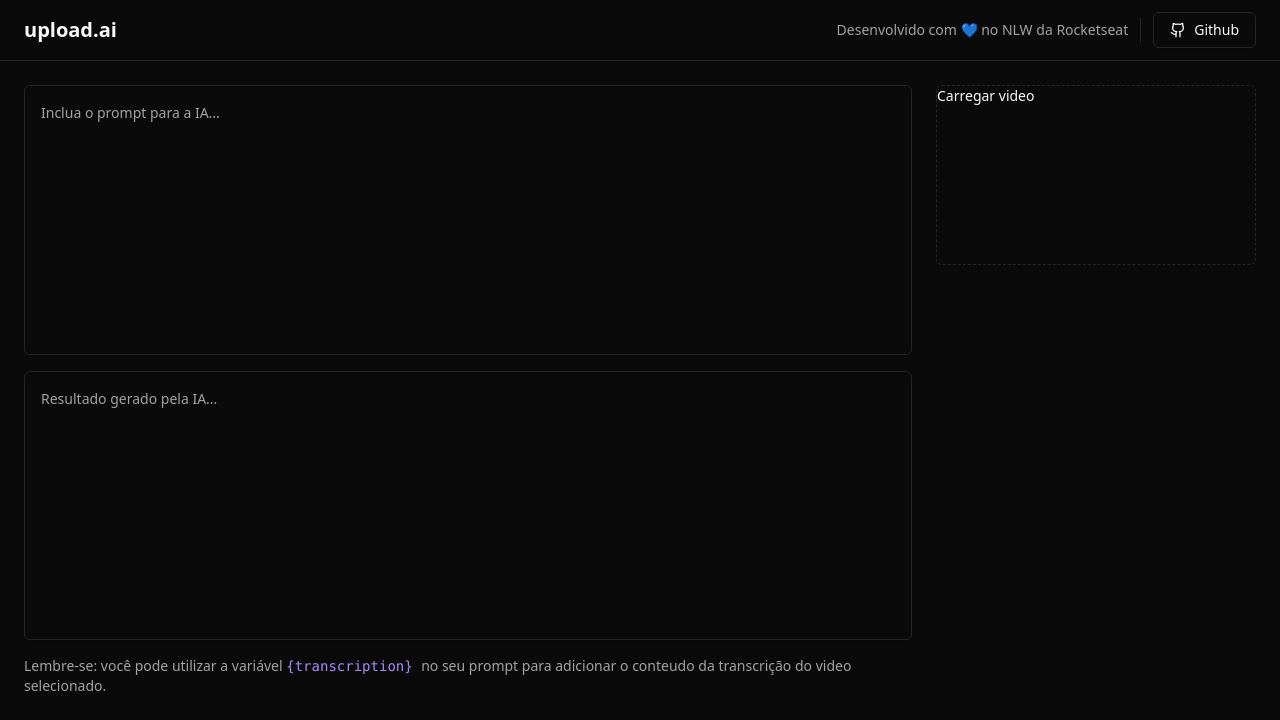
Repository: ricardolimati/upload-ai-web
Page: /
An editor plug-in stored every save of this project. The page is shown before and after a run of saves, followed by the edit.
The browser window is 1280 px wide. The pictures show the whole page.
The project was rebuilt for these pictures with package versions that can differ from the ones it lists, and the page was loaded fresh each time. Also part of the build but not shown: vite.config.ts.

Above is the page before, as saved 2023-09-11 23:44:21.

### src/App.tsx
import {Github} from 'lucide-react'
import { Button } from "./components/ui/button";
import { Separator } from './components/ui/separator';
import { Textarea } from './components/ui/textarea';

export function App() {
  return(
   <div className="min-h-screen flex flex-col">
    <div className="px-6 py-3 flex items-center justify-between border-b">
      <h1 className="text-xl font-bold">upload.ai</h1>
      <div className="flex items-center gap-3">
        <span className="text-sm text-muted-foreground">
          Desenvolvido com 💙 no NLW da Rocketseat</span>
          <Separator orientation='vertical' className='h-6' />
        <Button variant="outline">
          <Github className="w-4 h-4 mr-2" />Github
        </Button>
      </div>
    </div>

    <main className="flex-1 p-6 flex gap-6">
      <div className="flex flex-col flex-1 gap-4">
        <div className="grid grid-rows-2 gap-4 flex-1">
          <Textarea
          className="resize-none p-4 leading-relaxed"
          placeholder="Inclua o prompt para a IA..."
          />
          <Textarea
          className="resize-none p-4 leading-relaxed"
          placeholder="Resultado gerado pela IA..."
          readOnly
           />
        </div>

        <p className="text-sm text-muted-foreground">
          Lembre-se: você pode utilizar a variável <code className="text-violet-400">{'{transcription}'} </code>
           no seu prompt para adicionar o conteudo da transcrição
          do video selecionado.</p>
      </div>
      <aside className="w-80 space-y-6">
        <form className="space-y-6" action="" method="post">
          <label
          htmlFor="video"
          className="border flex rounded-md aspect-video cursor-pointer border-dashed text-sm flex-col "
          >
            Carregar video
          </label>
          <input type="file" id="video" accept="video/mp4" className="sr-only"/>
        </form>
      </aside>
    </main>
   </div>
  )
}

### src/index.css
@tailwind base;
@tailwind components;
@tailwind utilities;

@layer base {
  :root {
    --background: 0 0% 3.9%;
    --foreground: 0 0% 98%;
    --card: 0 0% 3.9%;
    --card-foreground: 0 0% 98%;
    --popover: 0 0% 3.9%;
    --popover-foreground: 0 0% 98%;
    --primary: 0 72.2% 50.6%;
    --primary-foreground: 0 85.7% 97.3%;
    --secondary: 0 0% 14.9%;
    --secondary-foreground: 0 0% 98%;
    --muted: 0 0% 14.9%;
    --muted-foreground: 0 0% 63.9%;
    --accent: 0 0% 14.9%;
    --accent-foreground: 0 0% 98%;
    --destructive: 0 62.8% 30.6%;
    --destructive-foreground: 0 0% 98%;
    --border: 0 0% 14.9%;
    --input: 0 0% 14.9%;
    --ring: 0 72.2% 50.6%;

    --radius: 0.5rem;
  }
}

@layer base {
  * {
    @apply border-border;
  }
  body {
    @apply bg-background text-foreground;
  }
}

### src/components/ui/button.tsx
import * as React from "react"
import { Slot } from "@radix-ui/react-slot"
import { cva, type VariantProps } from "class-variance-authority"

import { cn } from "@/lib/utils"

const buttonVariants = cva(
  "inline-flex items-center justify-center rounded-md text-sm font-medium transition-colors focus-visible:outline-none focus-visible:ring-1 focus-visible:ring-ring disabled:pointer-events-none disabled:opacity-50",
  {
    variants: {
      variant: {
        default:
          "bg-primary text-primary-foreground shadow hover:bg-primary/90",
        destructive:
          "bg-destructive text-destructive-foreground shadow-sm hover:bg-destructive/90",
        outline:
          "border border-input bg-transparent shadow-sm hover:bg-accent hover:text-accent-foreground",
        secondary:
          "bg-secondary text-secondary-foreground shadow-sm hover:bg-secondary/80",
        ghost: "hover:bg-accent hover:text-accent-foreground",
        link: "text-primary underline-offset-4 hover:underline",
      },
      size: {
        default: "h-9 px-4 py-2",
        sm: "h-8 rounded-md px-3 text-xs",
        lg: "h-10 rounded-md px-8",
        icon: "h-9 w-9",
      },
    },
    defaultVariants: {
      variant: "default",
      size: "default",
    },
  }
)

export interface ButtonProps
  extends React.ButtonHTMLAttributes<HTMLButtonElement>,
    VariantProps<typeof buttonVariants> {
  asChild?: boolean
}

const Button = React.forwardRef<HTMLButtonElement, ButtonProps>(
  ({ className, variant, size, asChild = false, ...props }, ref) => {
    const Comp = asChild ? Slot : "button"
    return (
      <Comp
        className={cn(buttonVariants({ variant, size, className }))}
        ref={ref}
        {...props}
      />
    )
  }
)
Button.displayName = "Button"

export { Button, buttonVariants }

### src/components/ui/separator.tsx
import * as React from "react"
import * as SeparatorPrimitive from "@radix-ui/react-separator"

import { cn } from "@/lib/utils"

const Separator = React.forwardRef<
  React.ElementRef<typeof SeparatorPrimitive.Root>,
  React.ComponentPropsWithoutRef<typeof SeparatorPrimitive.Root>
>(
  (
    { className, orientation = "horizontal", decorative = true, ...props },
    ref
  ) => (
    <SeparatorPrimitive.Root
      ref={ref}
      decorative={decorative}
      orientation={orientation}
      className={cn(
        "shrink-0 bg-border",
        orientation === "horizontal" ? "h-[1px] w-full" : "h-full w-[1px]",
        className
      )}
      {...props}
    />
  )
)
Separator.displayName = SeparatorPrimitive.Root.displayName

export { Separator }

### src/components/ui/textarea.tsx
import * as React from "react"

import { cn } from "@/lib/utils"

export interface TextareaProps
  extends React.TextareaHTMLAttributes<HTMLTextAreaElement> {}

const Textarea = React.forwardRef<HTMLTextAreaElement, TextareaProps>(
  ({ className, ...props }, ref) => {
    return (
      <textarea
        className={cn(
          "flex min-h-[60px] w-full rounded-md border border-input bg-transparent px-3 py-2 text-sm shadow-sm placeholder:text-muted-foreground focus-visible:outline-none focus-visible:ring-1 focus-visible:ring-ring disabled:cursor-not-allowed disabled:opacity-50",
          className
        )}
        ref={ref}
        {...props}
      />
    )
  }
)
Textarea.displayName = "Textarea"

export { Textarea }

Loaded but not shown: index.html (common file); src/main.tsx (common file); src/lib/utils.ts (common file); tailwind.config.js (common file)

After the next 6 saves:
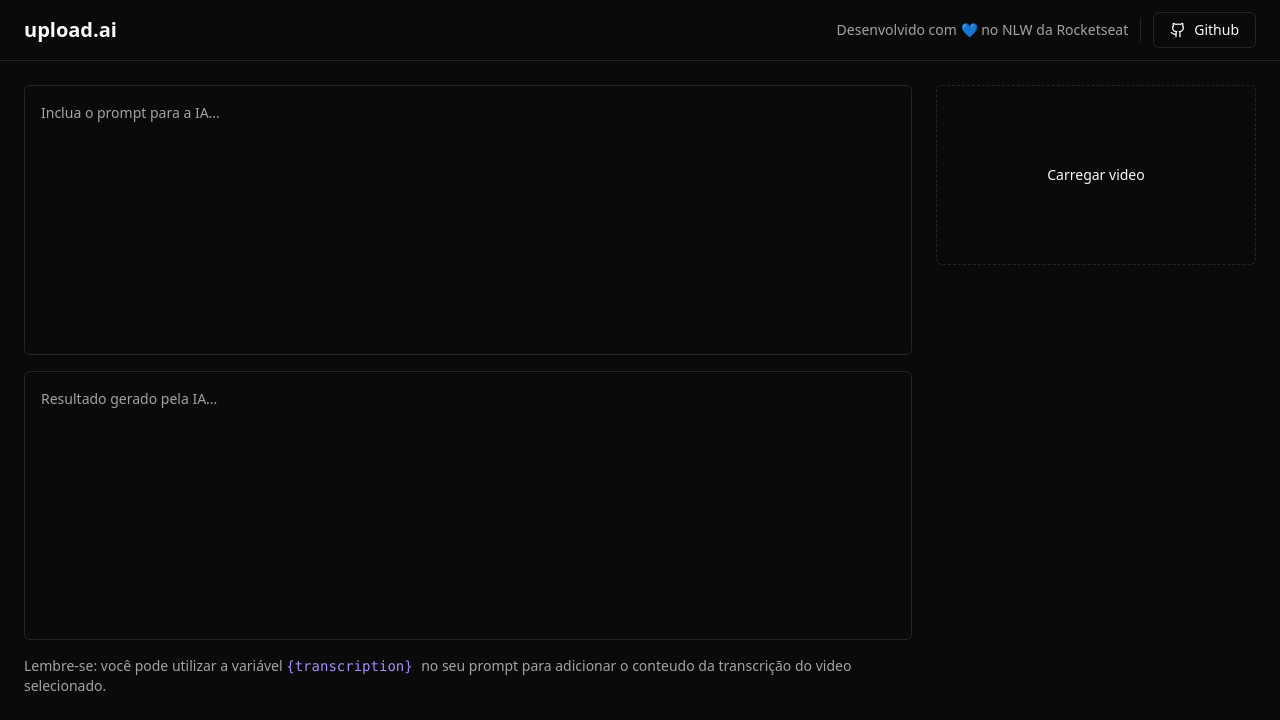
The 6 saves are shown as one change because they came seconds apart.
The last was saved 26 s later.
--- a/src/App.tsx
+++ b/src/App.tsx
@@ -41,7 +41,7 @@ export function App() {
         <form className="space-y-6" action="" method="post">
           <label
           htmlFor="video"
-          className="border flex rounded-md aspect-video cursor-pointer border-dashed text-sm flex-col "
+          className="border flex rounded-md aspect-video cursor-pointer border-dashed text-sm flex-col gap-2 items-center justify-center"
           >
             Carregar video
           </label>
